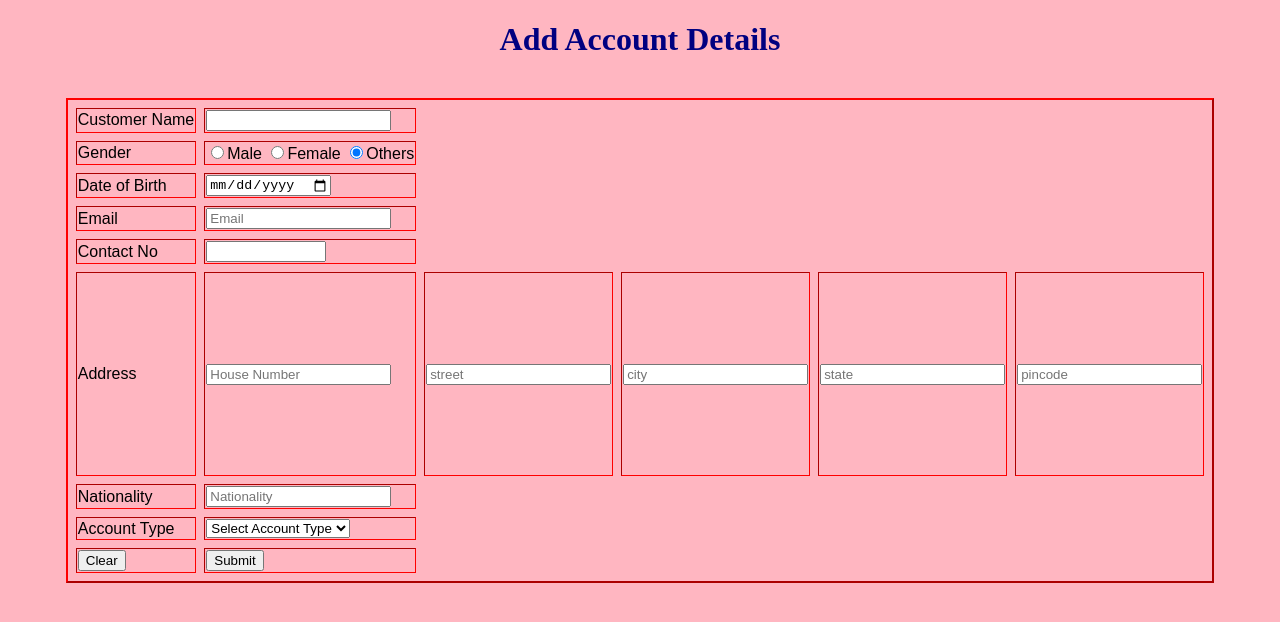
Repository: Rccalfa123/OnlineBankingApp
Page: http://localhost/AlfaAlfaBankApp/addNewAccount.jsp
These files come from the project's save history. The page is drawn as it stood at one moment and after the next save; the edit follows.
The browser window is 1280 px wide. The pictures show the whole page.
The page is served by Tomcat 9. Other server files are loaded and not shown.

Above is the page before, as saved 2018-08-10 15:47:35.

### AlfaAlfaBankApp/WebContent/addNewAccount.jsp
<%@ page language="java" contentType="text/html; charset=ISO-8859-1"
	pageEncoding="ISO-8859-1"%>
<%@taglib prefix="alfa" uri="http://java.sun.com/jsp/jstl/core"%>
<!DOCTYPE html>
<html>
<head>

<link rel="stylesheet" type="text/css" href="mystyle.css">

<style type="text/css">
.toBeHidden {
	display: none;
}
</style>

<script type="text/javascript">

  function checkAccountType(accountTypeShow) {
	if(accountTypeShow.value =="savingAccount"){
		document.getElementById("salaried").style.display="block";
		document.getElementById("overDraft").style.display="none";
		document.getElementById("curBalance").style.display="none";
		document.getElementById("savNotSalBalance").style.display="none";
		document.getElementById("savSalBalance").style.display="none";

	}
		else if(accountTypeShow.value =="currentAccount"){
			document.getElementById("overDraft").style.display="block";
			document.getElementById("curBalance").style.display="block";
			document.getElementById("salaried").style.display="none";
			document.getElementById("savNotSalBalance").style.display="none";
			document.getElementById("savSalBalance").style.display="none";
		}
}
  function checkSalariedType(SalaryTypeShow) {
		if(SalaryTypeShow.value =="salaried"){
			document.getElementById("savSalBalance").style.display="block";
			document.getElementById("savNotSalBalance").style.display="none";

		}
  			else if(SalaryTypeShow.value =="notSalaried"){
				document.getElementById("savNotSalBalance").style.display="block";
				document.getElementById("savSalBalance").style.display="none";
			}
	}


  function resetAll()
  {
	    document.getElementById("salaried").style.display="none";
		document.getElementById("overDraft").style.display="none";
		document.getElementById("curBalance").style.display="none";
		document.getElementById("savNotSalBalance").style.display="none";
		document.getElementById("savSalBalance").style.display="none";

  }

  function checkDate(obj){
		 var ageDif = Date.now()-(new Date(obj.value)).getTime();
		 var ageDate = new Date(ageDif);
		 if(Math.abs(ageDate.getUTCFullYear()-1970) < 18 )
			 {
			   alert("Minimum age Should be 18 .");
			   obj.value = 0;
			 }

		 }


</script>

<meta charset="ISO-8859-1">
<title>Insert title here</title>
</head>
<body>
	<form action="addNewAccount.app" method="get">
		<h1 align="center">Add Account Details</h1>
		<br>

		<table align="center" cellspacing="8" border="2">
			<tr>
				<td>Customer Name</td>
				<td><input type="text" name="customerName"></td>
			</tr>

			<tr>
				<td>Gender</td>
				<td><input type="radio" name="gender" value="male"
					checked="checked">Male <input type="radio" name="gender"
					value="female" checked="checked">Female <input type="radio"
					name="gender" value="others" checked="checked">Others</td>
			</tr>
			<tr>
				<td>Date of Birth</td>
				<td><input type="date" name="dob" onchange="checkDate(this);"></td>
			</tr>
			<tr>
				<td>Email</td>
				<td><input type="email" name="email" placeholder="Email"></td>
			</tr>
			<tr>
				<td>Contact No</td>
				<td><input type="number" name="contact_no"  min="6000000000"  max="9999999999"></td>
			</tr>

			<tr>
				<td height="200">Address</td>
				<td><input type="text" name="houseNo" placeholder="House Number"></td>
				<td><input type="text" name="street" placeholder="street"></td>
				<td><input type="text" name="city" placeholder="city"></td>
				<td><input type="text" name="state" placeholder="state"></td>
				<td><input type="number" name="pincode" placeholder="pincode"></td>
			</tr>

			<tr>
				<td>Nationality</td>
				<td><input type="text" name="nationality" placeholder="Nationality"></td>
			</tr>

			<tr>
				<td>Account Type</td>
				<td><select name="accountType" onchange="checkAccountType(this);">
						<option id="" value="">Select Account Type</option>
						<option id="savingAccount" value="savingAccount">Saving Account</option>
						<option id="currentAccount" value="currentAccount">Current Account</option>
				</select></td>
			</tr>

			<tr id="salaried" class="toBeHidden">
				<td>isSalaried</td>
				<td><input type="radio" name="salaried" value="salaried"   checked="checked" onchange="checkSalariedType(this);">Salaried
					<input type="radio" name="salaried" value="notSalaried" checked="checked" onchange="checkSalariedType(this);">Notsalaried
				</td>
			</tr>

			<tr id="savSalBalance" class="toBeHidden">
				<td>savSEnter Balance</td>
				<td><input type="number" name="savSbalance" min="0"></td>
			</tr>

			<tr id="savNotSalBalance" class="toBeHidden">
				<td>savNEnter Balance</td>
				<td><input type="number" name="savNbalance" min="5000"></td>
			<tr id="overDraft" class="toBeHidden">
				<td>Over Draft Limit</td>
				<td><input type="number" name="overDraft"></td>
			</tr>

			<tr id="curBalance" class="toBeHidden">
				<td>curEnter Balance</td>
				<td><input type="number" name="curbalance" min="10000"></td>
			</tr>

			<tr>
				<td><input type="reset" value="Clear" onclick="resetAll();"></td>
				<td><input type="submit" value="Submit"></td>
			</tr>
		</table>
	</form>


</body>
</html>

### AlfaAlfaBankApp/WebContent/mystyle.css
@charset "ISO-8859-1";

body {
    background-color: lightpink;
}

h1 {
    color: navy;
}

td{

 font-family: sans-serif;

}

table {
	border-color: red;
	border-right: 2px 2px 2px 2px ;
}

a{
	text-decoration: none;
	color: green;
}

After the next save:
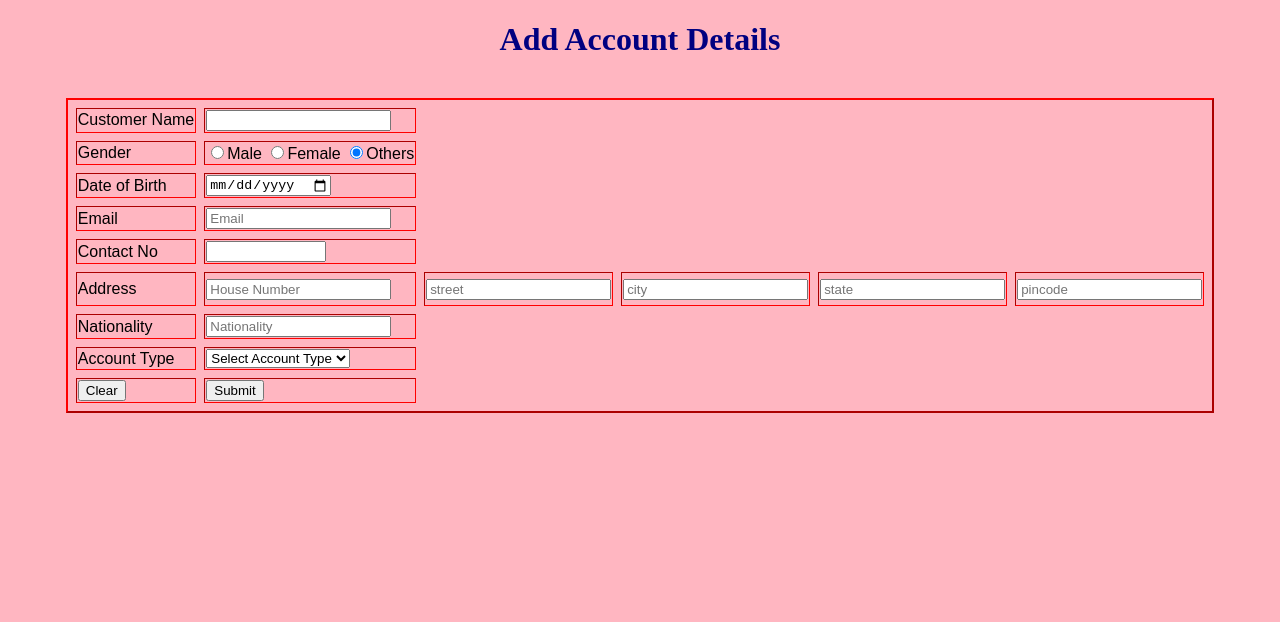
Saved 28 s later.
--- a/AlfaAlfaBankApp/WebContent/addNewAccount.jsp
+++ b/AlfaAlfaBankApp/WebContent/addNewAccount.jsp
@@ -104,7 +104,7 @@
 			</tr>
 
 			<tr>
-				<td height="200">Address</td>
+				<td height="30">Address</td>
 				<td><input type="text" name="houseNo" placeholder="House Number"></td>
 				<td><input type="text" name="street" placeholder="street"></td>
 				<td><input type="text" name="city" placeholder="city"></td>
